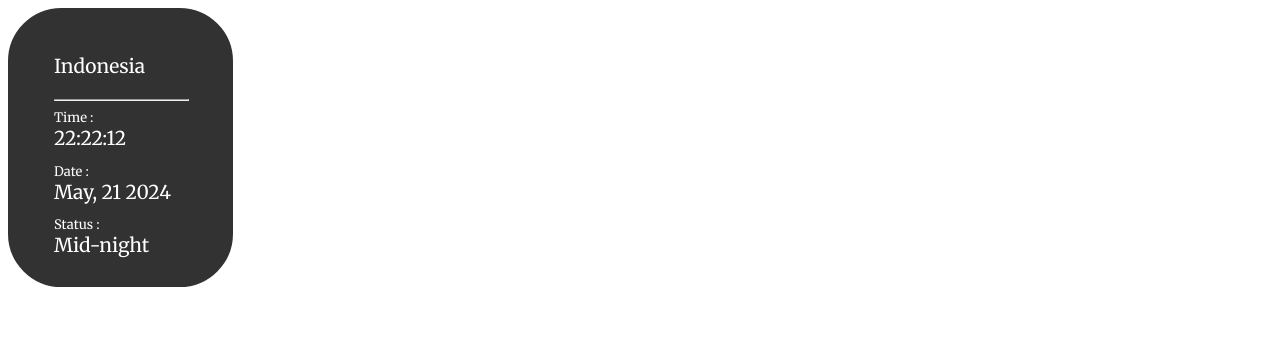
Repository: SnakeXrnt/notion-clock
Page: indonesia.html
An editor plug-in stored every save of this project. The page is shown before and after the next save, followed by the edit.
The browser window is 1280 px wide. The pictures show the whole page.

Above is the page before, as saved 2024-05-21 16:58:23.

After the next save:
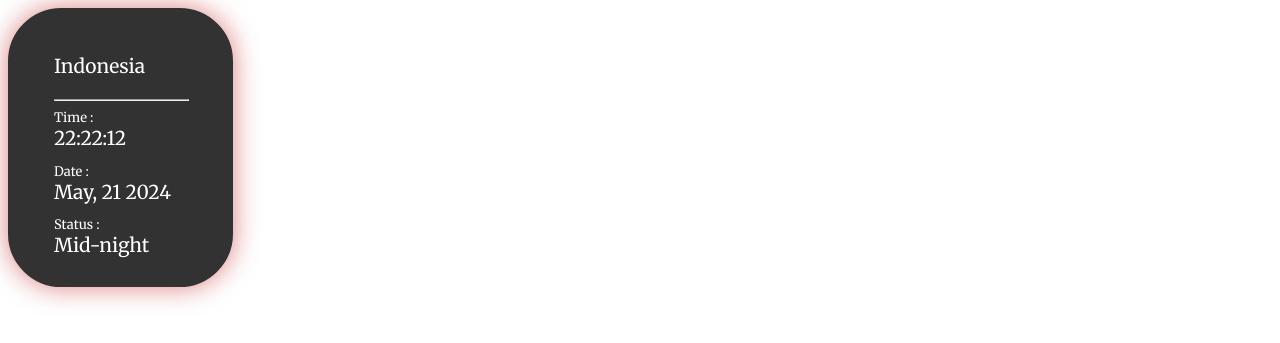
Saved 39 s later.
--- a/indonesia.html
+++ b/indonesia.html
@@ -34,6 +34,7 @@
             border: 35pt solid rgb(50, 50, 50);
             background-color: rgb(50, 50, 50);
             border-radius: 40pt;
+            box-shadow: 0 0 20pt rgba(188, 0, 0, 0.5); /* Adding shadow */
 
         }
     </style>
